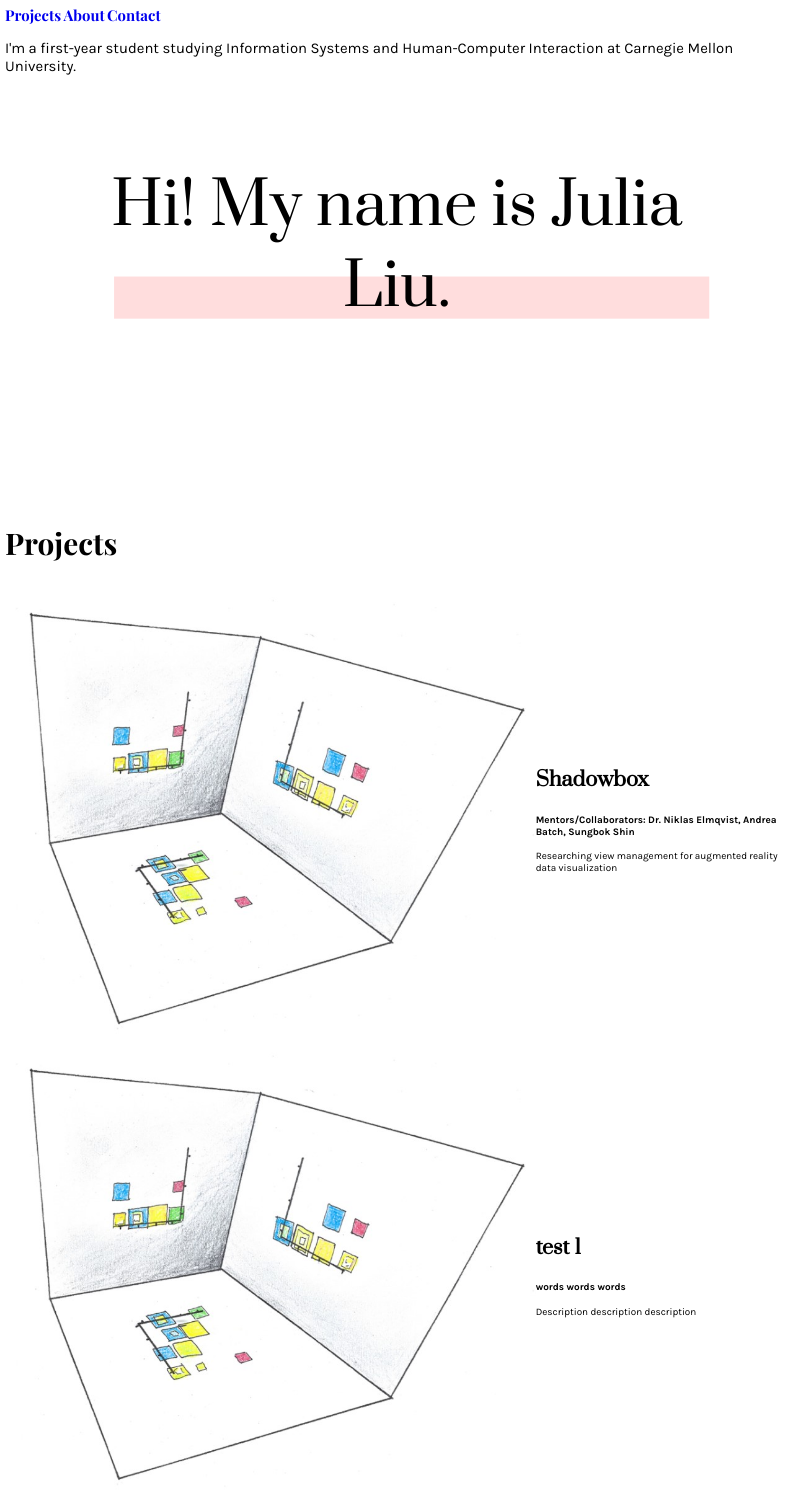
Repository: liu-julia/liu-julia.github.io
Page: index.html
An editor plug-in stored every save of this project. The page is shown before and after the next save, followed by the edit.
The browser window is 1280 px wide. The pictures show the whole page, at 62% of full size.

Above is the page before, as saved 2022-04-26 22:45:11.

### index.html
<!DOCTYPE html>
<html lang="en">
<head>
    <meta charset="UTF-8">
    <meta http-equiv="X-UA-Compatible" content="IE=edge">
    <meta name="viewport" content="width=device-width, initial-scale=1.0">
    <link rel="preconnect" href="https://fonts.googleapis.com">
    <link rel="preconnect" href="https://fonts.gstatic.com" crossorigin>
    <link href="https://fonts.googleapis.com/css2?family=Karla:wght@300;400;700&family=Open+Sans:wght@300;400;700&family=Playfair+Display:wght@400;700&family=Prata&display=swap" rel="stylesheet">
    <link rel="stylesheet" href="css/styles.css">
    <link rel="icon" href="images/jllogo.png">
    <title>Julia Liu</title>
</head>
<body>
    <header>
        <a href="index.html">Projects</a>
        <a href="about.html">About</a>
        <a href="contact.html">Contact</a>
    </header>
    <div id="content">
        <div id="top">
            <h1 class="highlighted">Hi! My name is Julia Liu.</h1>
            <p id="head_desc">I'm a first-year student studying Information Systems and Human-Computer Interaction at Carnegie Mellon University.</p>
        </div>
        <br>
        <h2>Projects</h2>
        <div class="project">
            <img src="images/shadowbox.jpg" alt="Shadowbox">
            <div class="project-text">
                <h3>Shadowbox</h3>
                <h4>Mentors/Collaborators: Dr. Niklas Elmqvist, Andrea Batch, Sungbok Shin</h4>
                <p>Researching view management for augmented reality data visualization</p>
            </div>
        </div>
        <div class="project">
            <img src="images/shadowbox.jpg" alt="Shadowbox">
            <div class="project-text">
                <h3>test 1</h3>
                <h4>words words words</h4>
                <p>Description description description</p>
            </div>
        </div>
    </div>
</body>
</html>

### css/styles.css
:root {
    font-family: 'Karla', sans-serif;
}
html {
    height: 100%;
}
body {
    height: 100%;
}
#content {
    height: 100%;
}
h1 {
    font-family: 'Prata', serif;
    font-weight: 400;
    font-size: 6em;
}
#top {
    height: 100%;
}
h1{
    position: absolute;
    bottom: 2em;
    left: 1em;
    right: 1em;
    text-align: center;
    margin: auto;
    width: 75%;
}
.highlighted::before {
    content: "";
    position: absolute;
    width: 100%;
    background: #ffdddd;
    left: .25em;
    bottom: .15em;
    height: .7em;
    z-index: -1;
}
h2 {
    font-family: 'Playfair Display', serif;
    font-size: 3em;
}
h3 {
    font-family: 'Prata', serif;
    font-size: 2em;
}
a {
    font-family: 'Playfair Display', serif;
    font-size: 1.5em;
    font-weight: 700;
    text-decoration: none;
}
#head_desc {
    font-size: 1.5em;
    font-weight: 400;
}
.project {
    display: flex;
    align-items: center;
}

After the next save:
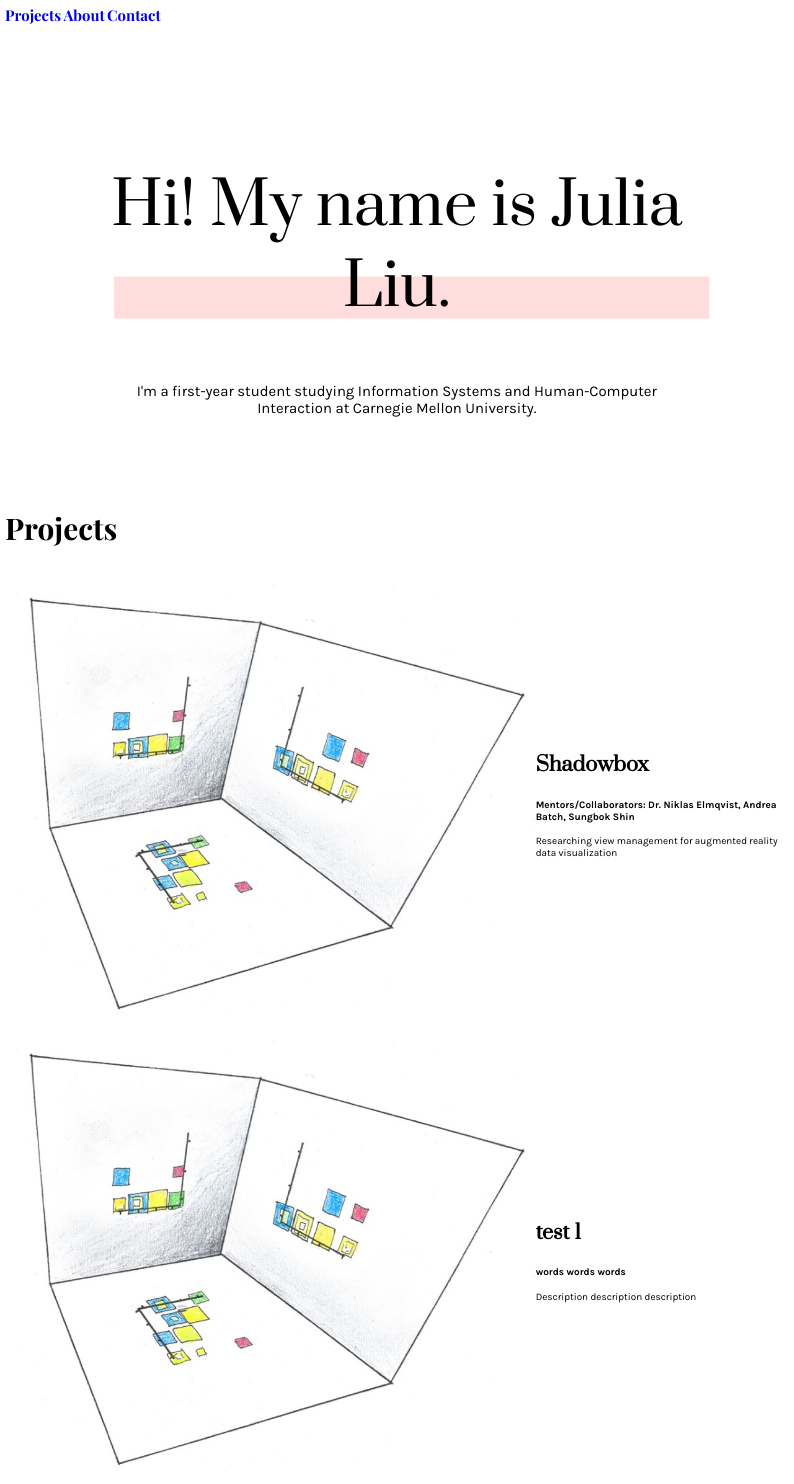
Saved 22 s later.
--- a/css/styles.css
+++ b/css/styles.css
@@ -44,6 +44,7 @@ h2 {
 h3 {
     font-family: 'Prata', serif;
     font-size: 2em;
+
 }
 a {
     font-family: 'Playfair Display', serif;
@@ -54,6 +55,13 @@ a {
 #head_desc {
     font-size: 1.5em;
     font-weight: 400;
+    position: absolute;
+    bottom: 2em;
+    left: 1em;
+    right: 1em;
+    text-align: center;
+    margin: auto;
+    width: 75%;
 }
 .project {
     display: flex;
